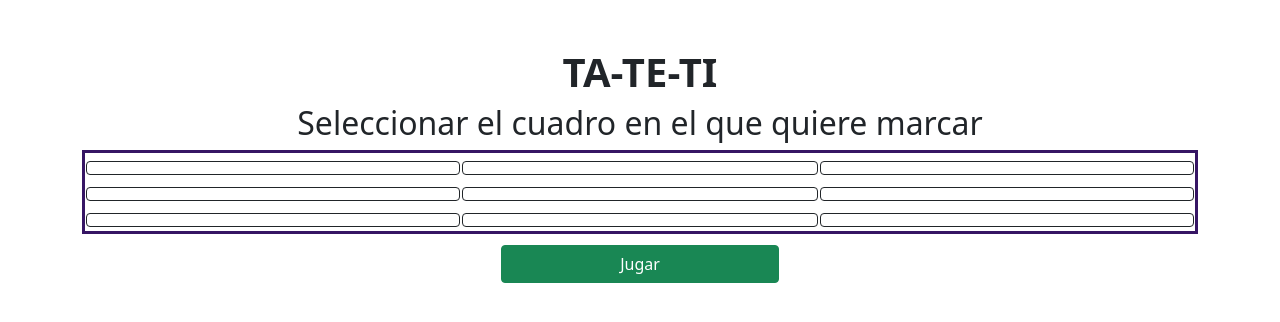
Repository: Lean97-start/TATETI
Page: Tateti.html
These files come from the project's save history. The page is drawn as it stood at one moment and after the next save; the edit follows.
The browser window is 1280 px wide. The pictures show the whole page.

Above is the page before, as saved 2021-07-11 23:26:41.
Console error: SyntaxError: Unexpected token ')'

### Tateti.html
<!DOCTYPE html>
<html lang="en">
<head>
    <meta charset="UTF-8">
    <link rel="stylesheet" type="text/css" href="Tateti.css">
    <link rel="stylesheet" href="Tateti.js">
    <link rel="stylesheet" type="text/css" href="https://necolas.github.io/normalize.css/8.0.1/normalize.css">
    <title>TATETI</title>
    <link href="https://cdn.jsdelivr.net/npm/bootstrap@5.0.2/dist/css/bootstrap.min.css" rel="stylesheet" integrity="sha384-EVSTQN3/azprG1Anm3QDgpJLIm9Nao0Yz1ztcQTwFspd3yD65VohhpuuCOmLASjC" crossorigin="anonymous">
</head>
<body>
    <div class="container mt-5">
        <H1 class="fw-bold text-center">TA-TE-TI</H1>
        <H2 class="fw-normal text-center">Seleccionar el cuadro en el que quiere marcar</H2>


                <table class="border-3 text-center w-100 h-100 bg-white" id="cuadro">
                    <tr>
                        <td><button class="btn border-dark w-100 h-100" id="11"></button></td>
                        <td><button class="btn border-dark w-100 h-100" id="21"></button></td>
                        <td><button class="btn border-dark w-100 h-100" id="31"></button></td>
                    </tr>
                    <tr>
                        <td><button class="btn border-dark w-100 h-100" id="12"></button></td>
                        <td><button class="btn border-dark w-100 h-100" id="22"></button></td>
                        <td><button class="btn border-dark w-100 h-100" id="32"></button></td>
                    </tr>
                    <tr>
                        <td><button class="btn border-dark w-100 h-100" id="13"></button></td>
                        <td><button class="btn border-dark w-100 h-100" id="23"></button></td>
                        <td><button class="btn border-dark w-100 h-100" id="33"></button></td>
                    </tr>
                </table>

            <div class=" row">
                <div class="btn ">
                    <button type="button" class="btn btn-success my-1 w-25" id="btn-jugar">Jugar</button>
                </div>
            </div>

        </div>
    <script src="Tateti.js"></script>
    <script src="https://cdn.jsdelivr.net/npm/bootstrap@5.0.2/dist/js/bootstrap.bundle.min.js" integrity="sha384-MrcW6ZMFYlzcLA8Nl+NtUVF0sA7MsXsP1UyJoMp4YLEuNSfAP+JcXn/tWtIaxVXM" crossorigin="anonymous"></script>
</body>
</html>

### Tateti.css
h1{
    font-size: 55px;
    text-align: center;
}
h2{
    font-size: 30px;
    text-align: center;
}
#cuadro{
    border: 1px rgb(54, 21, 100) solid;
    background: white;
    position: relative;
    height: 350px;
    width: 350px;
    margin: auto;


}
.entradas{
    text-align: center;
    font-family: Arial, Helvetica, sans-serif;
    font-size: 60px;
    height: 80px;
    width: 80px;
    box-sizing: border-box;

}

### Tateti.js
let var1, var2, var3,var4, var5,var6 = undefined
function mostrar(){
    let prueba = document.getElementById('v1');
    alert(prueba);
}
function jugarTurno (){
    if(){

    }
    else if (var1 != undefined || var2 != undefined || var3 != undefined ||var4 != undefined ||var5 != undefined || var6 != undefined ){

    }


}

After the next save:
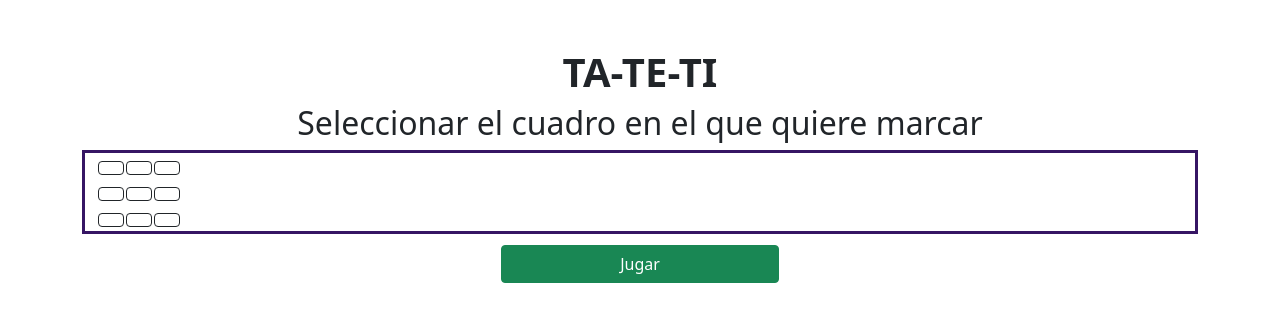
Saved 5 s later.
--- a/Tateti.html
+++ b/Tateti.html
@@ -14,7 +14,7 @@
         <H2 class="fw-normal text-center">Seleccionar el cuadro en el que quiere marcar</H2>
 
 
-                <table class="border-3 text-center w-100 h-100 bg-white" id="cuadro">
+                <table class="row border-3 text-center w-100 h-100 bg-white" id="cuadro">
                     <tr>
                         <td><button class="btn border-dark w-100 h-100" id="11"></button></td>
                         <td><button class="btn border-dark w-100 h-100" id="21"></button></td>

After the save that followed:
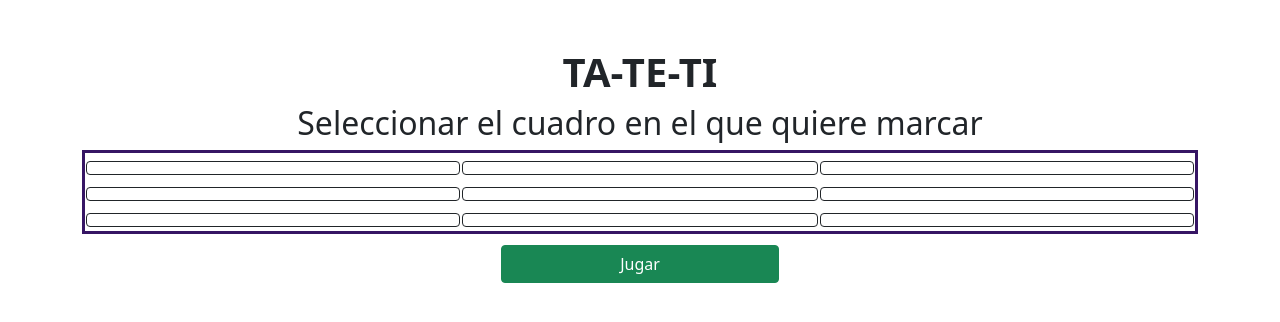
Saved 9 s later.
--- a/Tateti.html
+++ b/Tateti.html
@@ -14,7 +14,7 @@
         <H2 class="fw-normal text-center">Seleccionar el cuadro en el que quiere marcar</H2>
 
 
-                <table class="row border-3 text-center w-100 h-100 bg-white" id="cuadro">
+                <table class="col border-3 text-center w-100 h-100 bg-white" id="cuadro">
                     <tr>
                         <td><button class="btn border-dark w-100 h-100" id="11"></button></td>
                         <td><button class="btn border-dark w-100 h-100" id="21"></button></td>
